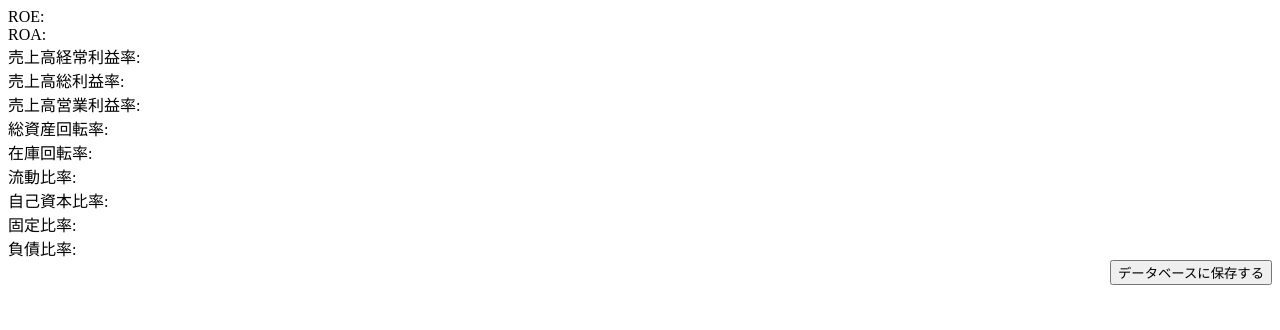
Repository: esk04/Keisanchan
Page: http://localhost/Keisanchan/keisanResult.jsp
These files come from the project's save history. The page is drawn as it stood at one moment and after the next save; the edit follows.
The browser window is 1280 px wide. The pictures show the whole page.
The page is served by Tomcat 9. Other server files are loaded and not shown.

Above is the page before, as saved 2018-08-20 04:38:35.

### Keisanchan/WebContent/keisanResult.jsp
<%@ page language="java" contentType="text/html; charset=UTF-8"
    pageEncoding="UTF-8"%>
<%@ taglib prefix="s" uri="/struts-tags" %>
<!DOCTYPE html>

<html>
<head>
<meta http-equiv="Content-Type" content="text/html; charset=UTF-8">
<title>計算結果</title>
</head>
<body>

<label>ROE:</label>
		 <s:property value="roe"/><br>
		 <label>ROA:</label>
		 <s:property value="roa"/><br>
		 <label>売上高経常利益率:</label>
		 <s:property value="uriage_keijo_ratio"/><br>
		 <label>売上高総利益率:</label>
		 <s:property value="uriage_sori_ratio"/><br>
		 <label>売上高営業利益率:</label>
		 <s:property value="uriage_eigyo_ratio"/><br>
		 <label>総資産回転率:</label>
		 <s:property value="total_kaiten_ratio"/><br>
		 <label>在庫回転率:</label>
		 <s:property value="zaiko_kaiten_ratio"/><br>
		 <label>流動比率:</label>
		 <s:property value="ryudo_ratio"/><br>
		 <label>自己資本比率:</label>
		 <s:property value="zikoshi_ratio"/><br>
		 <label>固定比率:</label>
		 <s:property value="kotei_ratio"/><br>
		 <label>負債比率:</label>
		 <s:property value="fusai_ratio"/><br>

		 <s:submit value="データベースに保存する" />




</body>
</html>

After the next save:
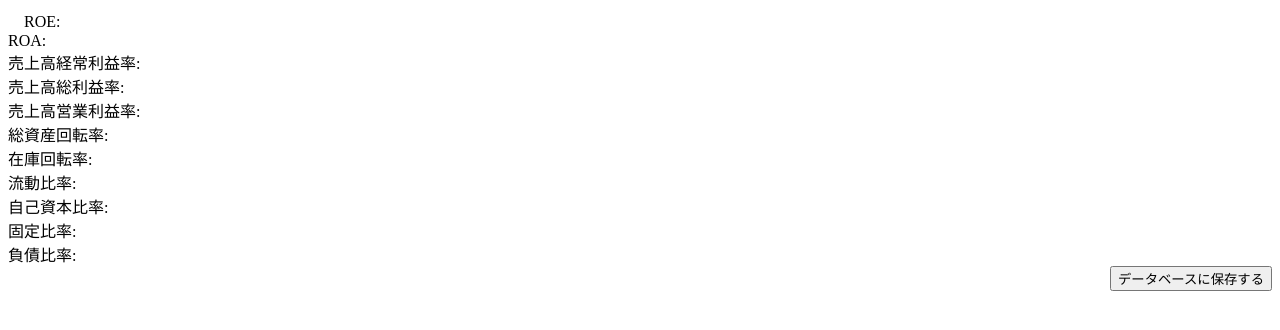
Saved 118 s later.
--- a/Keisanchan/WebContent/keisanResult.jsp
+++ b/Keisanchan/WebContent/keisanResult.jsp
@@ -10,7 +10,7 @@
 </head>
 <body>
 
-<label>ROE:</label>
+		　<label>ROE:</label>
 		 <s:property value="roe"/><br>
 		 <label>ROA:</label>
 		 <s:property value="roa"/><br>
